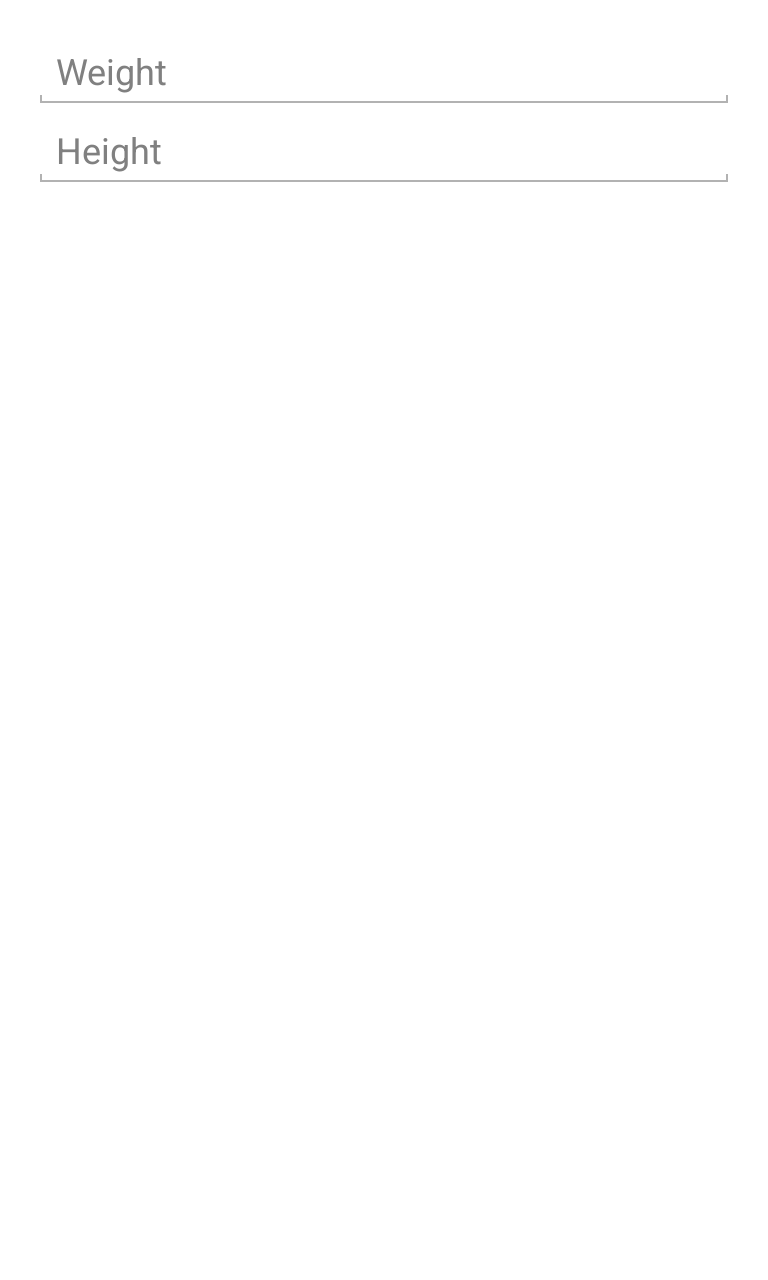
Repository: ericMedeiros93/Android-Dev
Layout: bmi/res/layout/activity_main.xml
An editor plug-in stored every save of this project. The layout is shown before and after the next save, followed by the edit.
It is drawn on a 768 x 1280 px phone screen (xhdpi) without system bars, with theme AppTheme; the app's code is not run.

Above is the layout before, as saved 2014-09-10 16:09:06.

### bmi/res/layout/activity_main.xml
<LinearLayout xmlns:android="http://schemas.android.com/apk/res/android"
    xmlns:tools="http://schemas.android.com/tools"
    android:layout_width="match_parent"
    android:layout_height="match_parent"
    android:orientation="vertical"
    android:paddingBottom="@dimen/activity_vertical_margin"
    android:paddingLeft="@dimen/activity_horizontal_margin"
    android:paddingRight="@dimen/activity_horizontal_margin"
    android:paddingTop="@dimen/activity_vertical_margin"
    tools:context="com.ericmedeiros.bmi.MainActivity" >

    <EditText
        android:id="@+id/weight"
        android:inputType="number"
        android:layout_width="match_parent"
        android:layout_height="wrap_content"
        android:hint="@string/weight_hint" />
    <EditText
        android:id="@+id/height"
        android:inputType="number"
        android:layout_width="match_parent"
        android:layout_height="wrap_content"
        android:hint="@string/height_hint" />
   <Button
        android:id="@+id/calculate"
        android:layout_width="wrap_content"
        android:layout_height="0dp" />

</LinearLayout>

### bmi/res/values/strings.xml
<?xml version="1.0" encoding="utf-8"?>
<resources>

    <string name="app_name">bmi</string>
    <string name="hello_world">Hello world!</string>
    <string name="action_settings">Settings</string>
    <string name="weight_hint">Weight</string>
    <string name="height_hint">Height</string>

</resources>

Loaded but not shown: bmi/res/values/styles.xml (common file); bmi/res/values-v11/styles.xml (common file); bmi/res/values-v14/styles.xml (common file); bmi/res/values/dimens.xml (common file); bmi/res/values-w820dp/dimens.xml (common file)

After the next save:
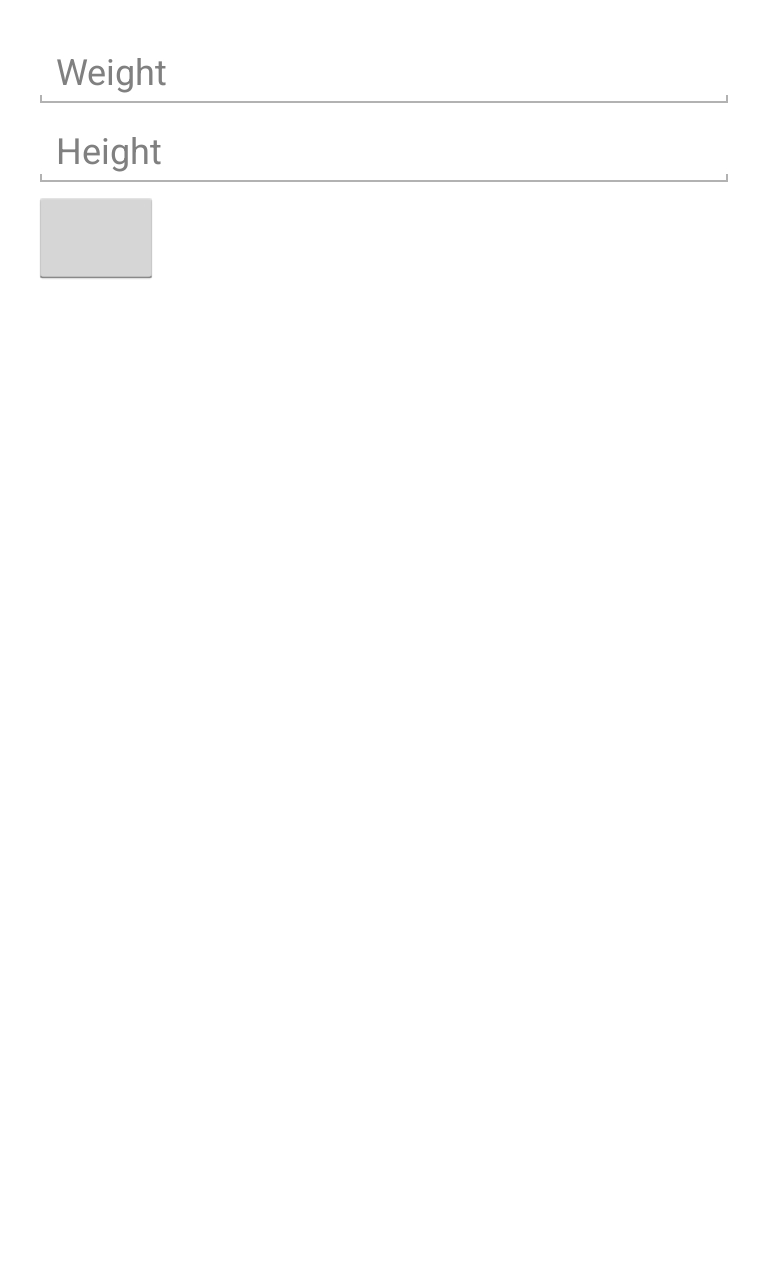
Saved 5 s later.
--- a/bmi/res/layout/activity_main.xml
+++ b/bmi/res/layout/activity_main.xml
@@ -24,6 +24,6 @@
    <Button
         android:id="@+id/calculate"
         android:layout_width="wrap_content"
-        android:layout_height="0dp" />
+        android:layout_height="wrap_content" />
 
 </LinearLayout>
